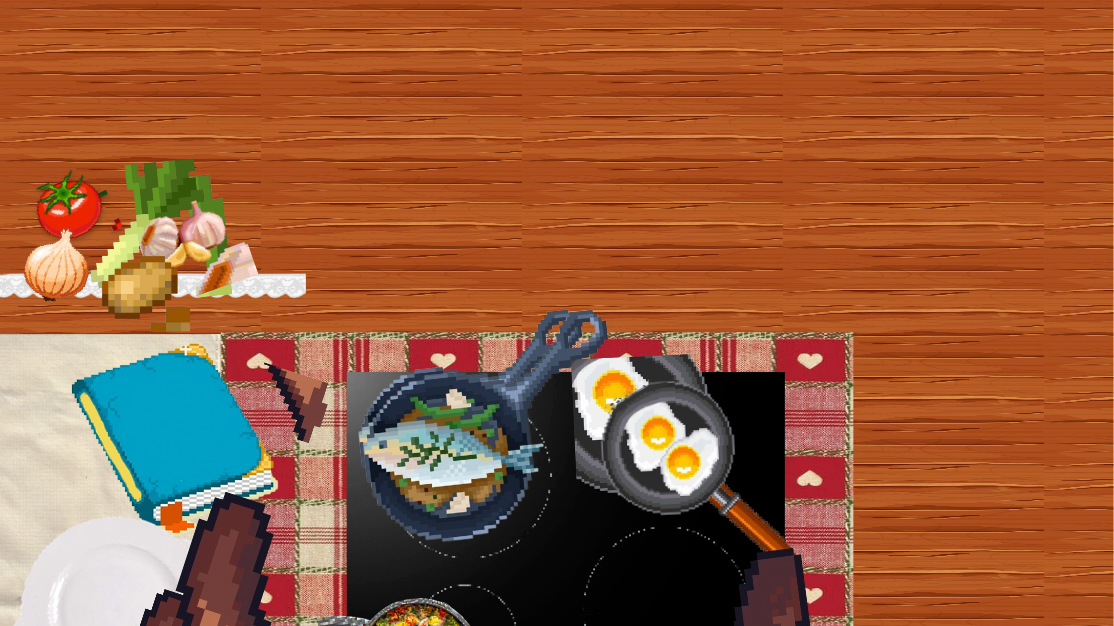
Repository: AJamdonuts/ToddyTalks
Page: playingaround2/pages/chefsujin.html
An editor plug-in stored every save of this project. The page is shown before and after the next save, followed by the edit.
The browser window is 1280 px wide. The pictures show the whole page, at 87% of full size.

Above is the page before, as saved 2025-11-26 20:21:04.

After the next save:
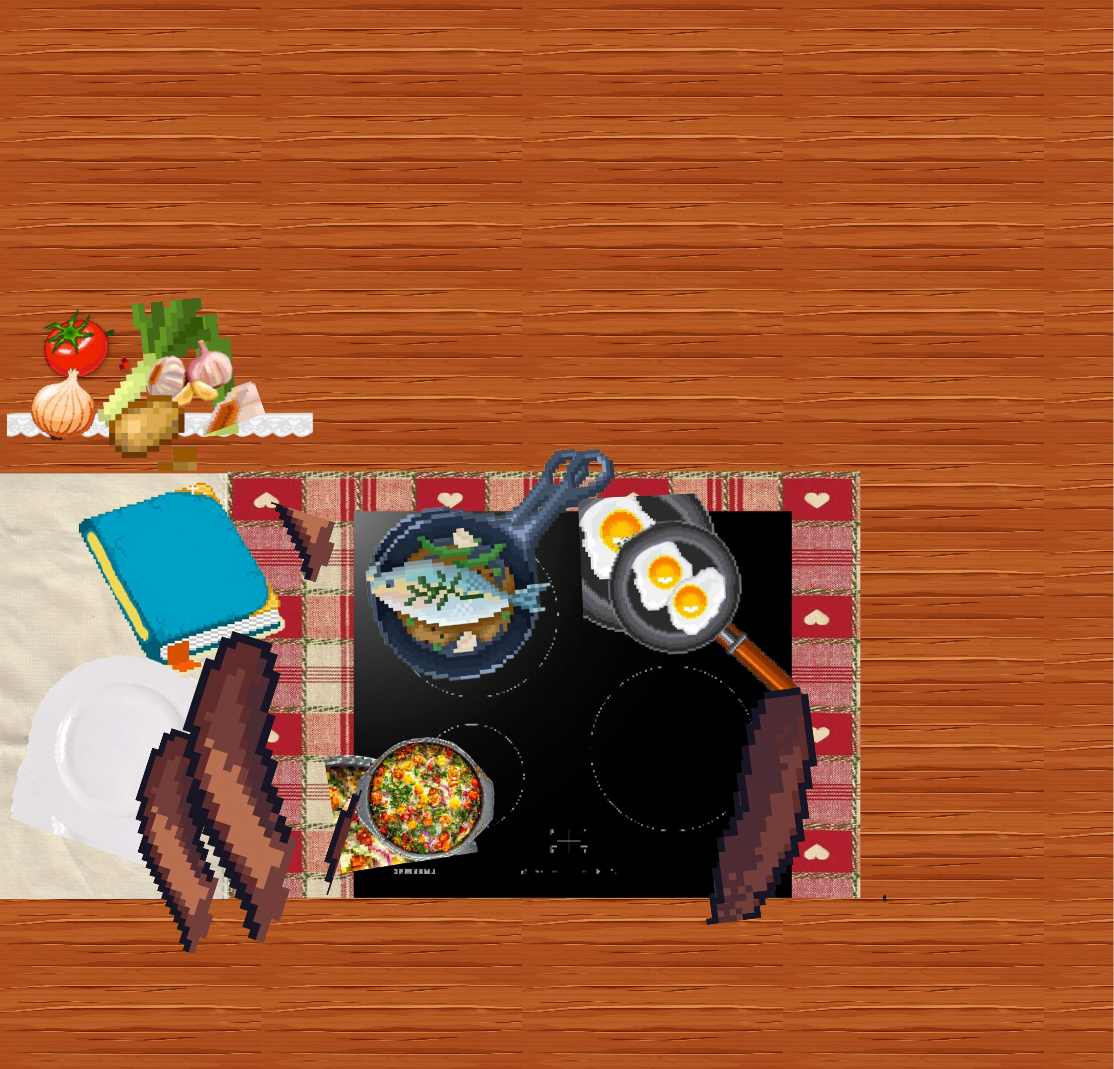
Saved 2 min 2 s later.
--- a/playingaround2/styles/chefsujin.css
+++ b/playingaround2/styles/chefsujin.css
@@ -169,24 +169,3 @@ background: url(pxArt-2.png);
     left: 361px;
     top: 327px;
 }
-
-html, body {
-    margin: 0;
-    padding: 0;
-    width: 100vw;
-    height: 100vh;
-    overflow: hidden;
-}
-
-body {
-    display: flex;
-    justify-content: center;
-    align-items: center;
-}
-
-.canvas {
-    position: relative;
-    width: 100vw;
-    height: 100vh;
-    min-height: auto;
-}
